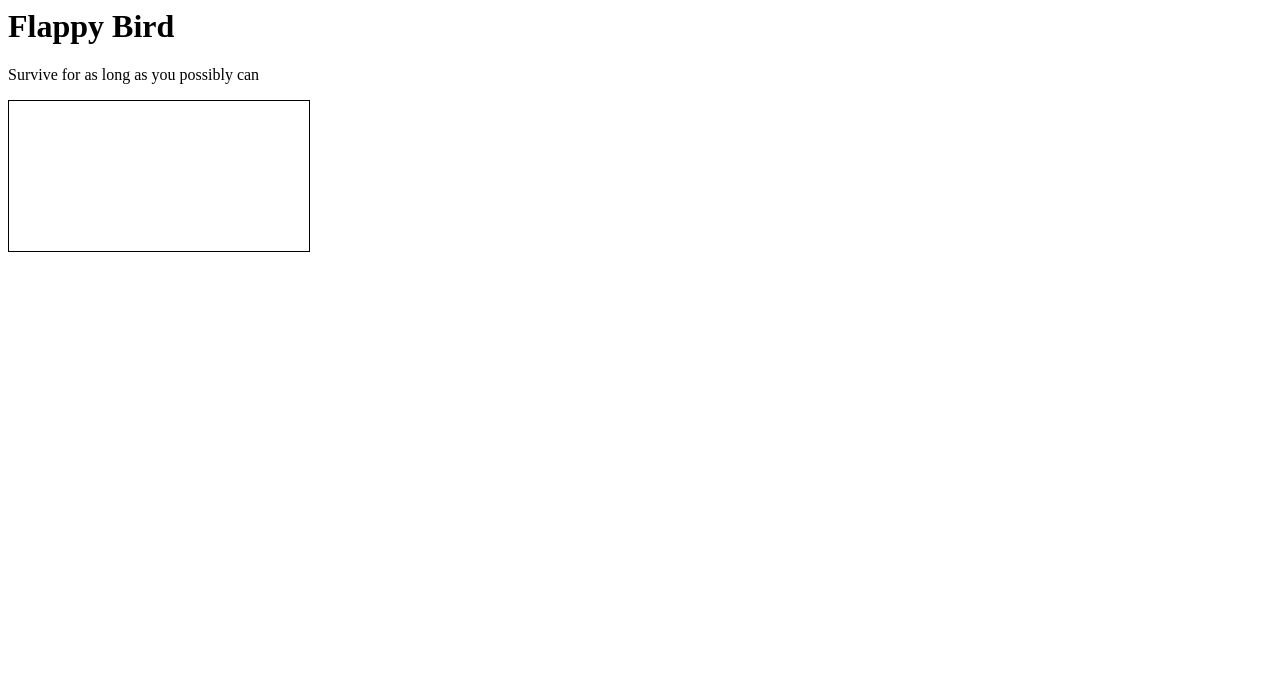
Repository: probably-nick/probably-nick.github.io
Page: FlappyBird.html
The author's editor kept a record of every edit. The page is drawn from the files as they stood at one moment, then again after the next edit.
The browser window is 1280 px wide. The pictures show the whole page.

Above is the page before.
Console error: TypeError: Cannot read properties of null (reading 'bind')

After the next edit:
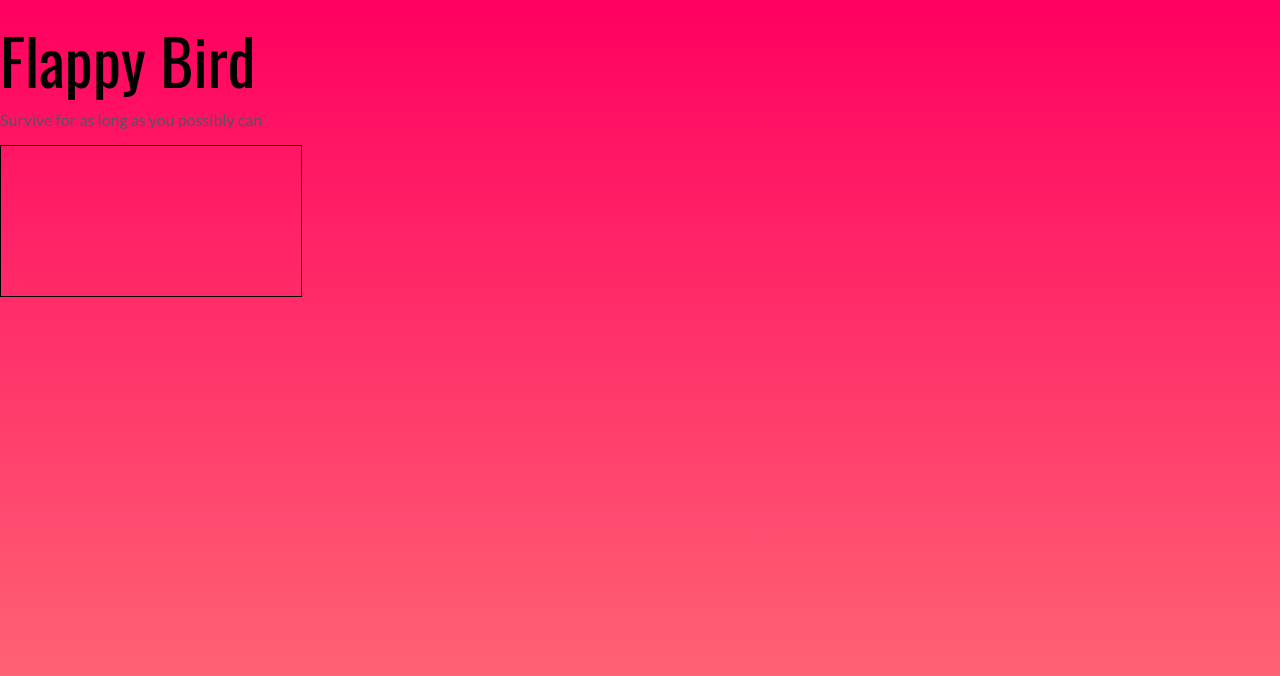
The edit:
--- a/FlappyBird.html
+++ b/FlappyBird.html
@@ -4,6 +4,8 @@
   <head>
       <meta http-equiv="Content-Type" content="text/html; charset=UTF-8" />
       <title>Processing Demo</title>
+      <link href="./main.d8e0d294.css" rel="stylesheet"></head>
+
       <script type="text/javascript" src="js/processing.js"></script>
   </head>
 
